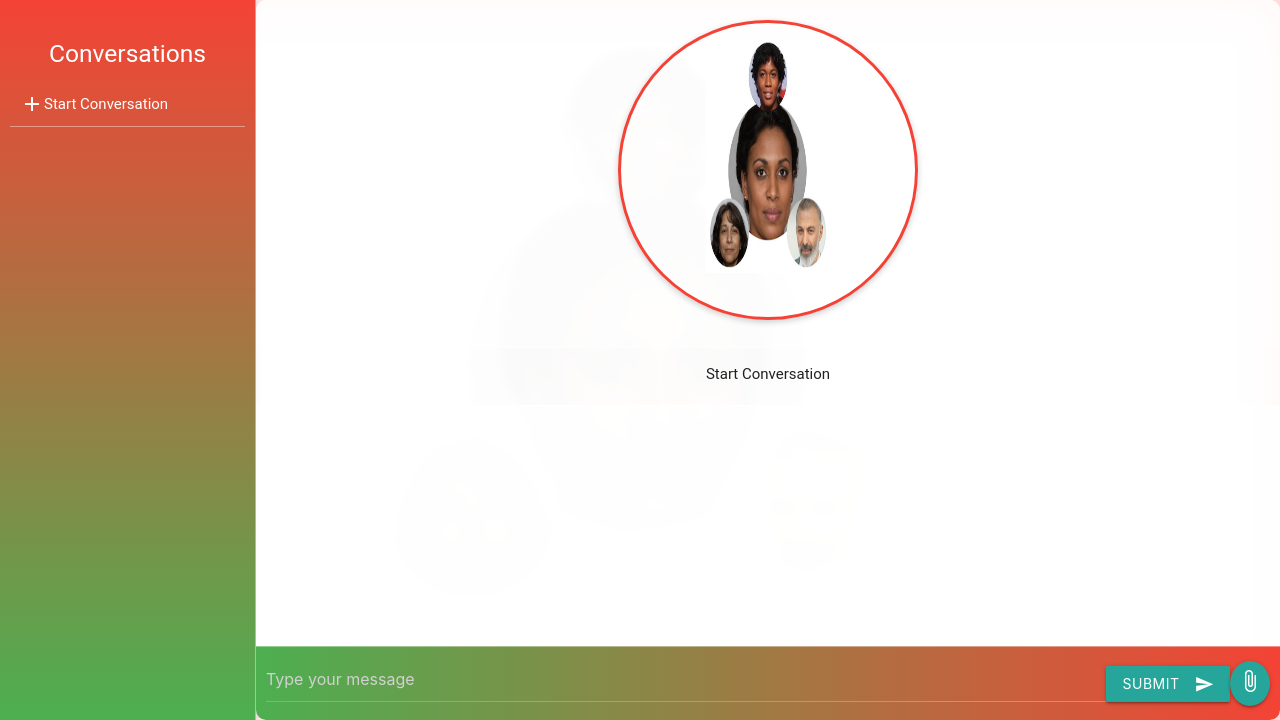
Repository: jcuzcan/sesmag
Page: / (app in frontend/)
These files come from the project's save history. The page is drawn as it stood at one moment and after the next save; the edit follows.
The browser window is 1280 px wide. The pictures show the whole page.
The page's requests for data from a server got no answer. The project was rebuilt for these pictures with package versions that can differ from the ones it lists, and the page was loaded fresh each time. No one was signed in, and anything a server would have sent is missing.

Above is the page before, as saved 2024-12-09 22:10:32.

After the next save:
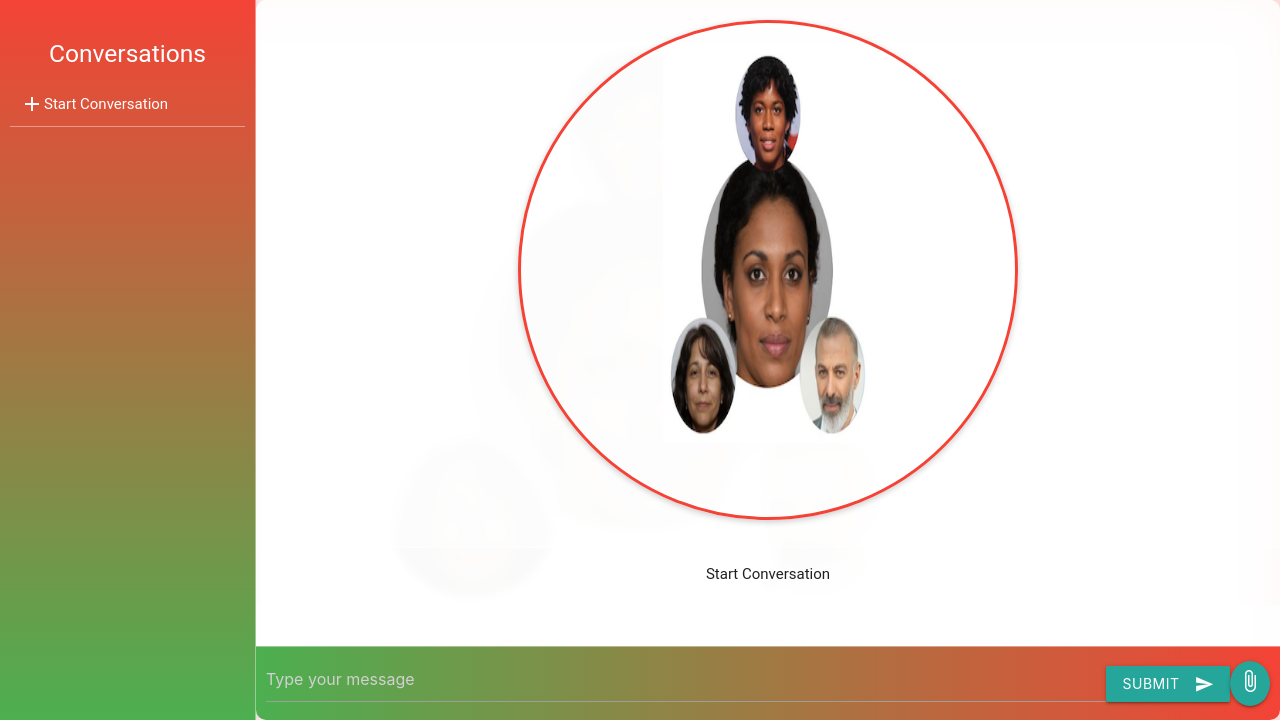
Saved 13 s later.
--- a/frontend/src/App.css
+++ b/frontend/src/App.css
@@ -80,8 +80,8 @@ body {
 }
 
 .image-container img {
-  max-width: 300px;
-  height: 300px;
+  max-width: 500px;
+  height: 500px;
   border-radius: 50%;
   border: 3px solid #f44336;
   box-shadow: 0 2px 6px rgba(0, 0, 0, 0.2);
